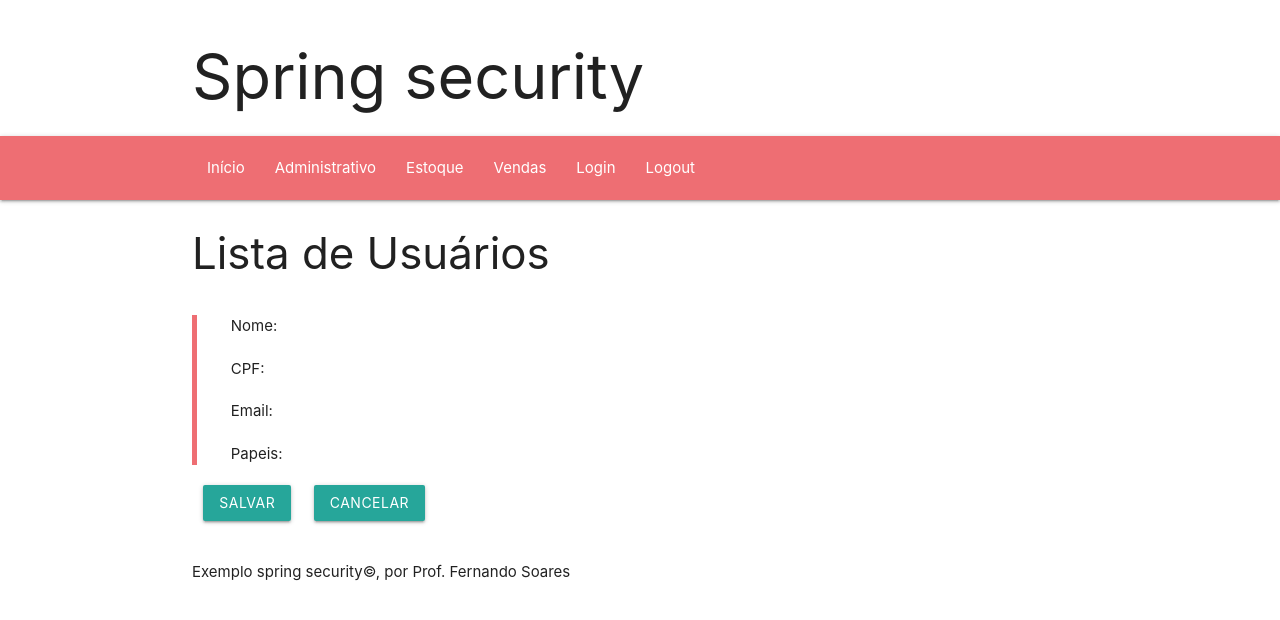
Repository: beatryss16/montz
Page: http://localhost/usuarios/edit
The author's editor kept a copy of each file at every save. The page is drawn from the files as they stood at one save, then again after the next save.
The browser window is 1280 px wide. The pictures show the whole page.
The page is this project's Thymeleaf template; nobody is signed in. The template is opened directly, without the code that normally fills it, so the values that code supplies are empty.

Above is the page before, as saved 2024-12-11 15:23:48.

### exemplo.security6.4.base/src/main/resources/templates/usuarios/edit.html
<!DOCTYPE html>
<html xmlns:th="http://www.thymeleaf.org">

<head>
	<!--Import Google Icon Font-->
	<link href="https://fonts.googleapis.com/icon?family=Material+Icons" rel="stylesheet">
	<!-- Compiled and minified CSS -->
	<link rel="stylesheet" href="https://cdnjs.cloudflare.com/ajax/libs/materialize/1.0.0/css/materialize.min.css"
		media="screen,projection">

	<!--Let browser know website is optimized for mobile-->
	<meta name="viewport" content="width=device-width, initial-scale=1.0" />
	<meta charset="UTF-8">
	<title>Security</title>
</head>

<body>

	<div th:replace="~{fragments/commons :: cabecalho}"></div>
	<div th:replace="~{fragments/commons :: menu}"></div>

	<div class="container">
		<div class="row">
			<h3>Lista de Usuários</h3>
		</div>

		<div class="row">

			<form action="#"
				th:action="@{/usuarios/{id}(id=${usuario.id})}"
				th:object="${usuario}" method="post">
				<input type="hidden" th:field="*{id}">
				<blockquote>
					<div class="row">
						<div class="col s3 m2">Nome:</div>
						<div class="col s9 m10">
							<span th:text="${usuario.nome}"></span>
						</div>
					</div>
					<div class="row">
						<div class="col s3 m2">CPF:</div>
						<div class="col s9 m10">
							<span th:text="${usuario.cpf}"></span>
						</div>
					</div>
					<div class="row">
						<div class="col s3 m2">Email:</div>
						<div class="col s9 m10">
							<span th:text="${usuario.email}"></span>
						</div>
					</div>
					<div class="row">
						<div class="col s3 m2">Papeis:</div>
						<div class="col s9 m10">
							<div th:each="papel : ${papeis}" class="switch">
								<div class="row">
									<label> <input type="checkbox" th:field="*{papeis}"
										th:value="${papel.id}" /> <span class="lever"></span> <span
										th:text="${papel.nome}"></span>
									</label>
								</div>
							</div>
						</div>
					</div>
				</blockquote>
				<div class="row">
					<div class="col">
						<button class="btn" type="submit">Salvar</button>
					</div>
					<div class="col">
						<a class="btn" th:href="@{/usuarios}">Cancelar</a>
					</div>
				</div>
			</form>

		</div>
	</div>
	<!-- Compiled and minified JavaScript -->
	<!-- Compiled and minified JavaScript -->
	<script src="https://code.jquery.com/jquery-3.4.1.min.js"
		integrity="sha256-CSXorXvZcTkaix6Yvo6HppcZGetbYMGWSFlBw8HfCJo=" crossorigin="anonymous"></script>
	<script src="https://cdnjs.cloudflare.com/ajax/libs/materialize/1.0.0/js/materialize.min.js"></script>
	<script type="text/javascript">
		$(document).ready(function () {
			$('.sidenav').sidenav();
		});
		$(document).ready(function () {
			$('select').formSelect();
		});
	</script>

	<div th:replace="~{fragments/commons :: rodape}"></div>
</body>

</html>

### exemplo.security6.4.base/src/main/resources/templates/fragments/commons.html
<!DOCTYPE html>
<html xmlns:th="http://www.thymeleaf.org"
	xmlns:layout="http://www.ultraq.net.nz/thymeleaf/layout"
	xmlns:sec="http://www.thymeleaf.org/thymeleaf-extras-springsecurity6">
<head>
<meta charset="UTF-8">
<title>Security</title>
</head>
<body>

	<div id="cabecalho" class="page-header" th:fragment="cabecalho">
		<header>
			<div class="container">
				<h1>Spring security</h1>
			</div>
		</header>
	</div>

	<div id="menu" th:fragment="menu">
		<nav>
			<div class="container">
				<ul>
					<li><a href="#" th:href="@{/}">Início</a></li>
					<li><a href="#" th:href="@{/administrativo}">Administrativo</a></li>
					<li><a href="#" th:href="@{/estoque}">Estoque</a></li>
					<li><a href="#" th:href="@{/vendas}">Vendas</a></li>
					<li><a href="#" th:href="@{/login}">Login</a></li>
					<li><a href="#" th:href="@{/logout}">Logout</a></li>
				</ul>
			</div>
		</nav>
	</div>


	<div id="rodape" th:fragment="rodape">
		<footer class="bottom">
			<!-- 			<div class="footer-copyright"> -->
			<div class="container">
				<p>Exemplo spring security&copy;, por Prof. Fernando Soares</p>
			</div>
			<!-- 			</div> -->
		</footer>
	</div>

</body>
</html>

After the next save:
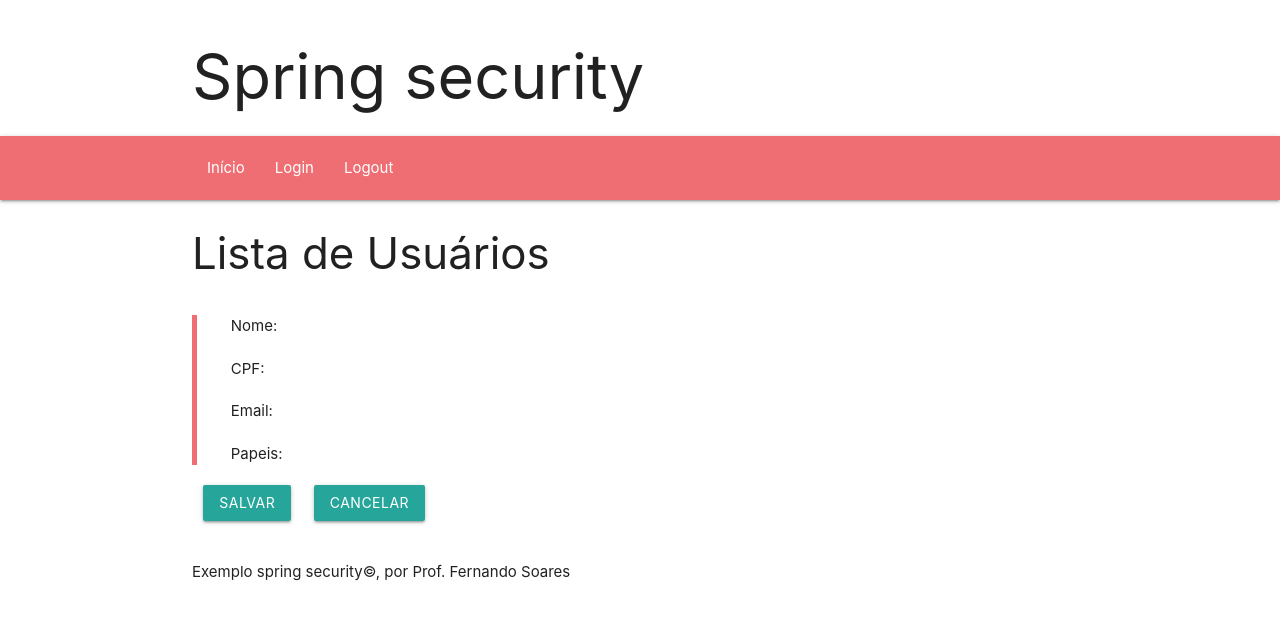
Saved 8 min 32 s later.
--- a/exemplo.security6.4.base/src/main/resources/templates/fragments/commons.html
+++ b/exemplo.security6.4.base/src/main/resources/templates/fragments/commons.html
@@ -21,9 +21,9 @@
 			<div class="container">
 				<ul>
 					<li><a href="#" th:href="@{/}">Início</a></li>
-					<li><a href="#" th:href="@{/administrativo}">Administrativo</a></li>
-					<li><a href="#" th:href="@{/estoque}">Estoque</a></li>
-					<li><a href="#" th:href="@{/vendas}">Vendas</a></li>
+					<li sec:authorize="hasRole('ADMIN')"><a href="#" th:href="@{/administrativo}">Administrativo</a></li>
+					<li sec:authorize="hasRole('ESTOQUE')"><a href="#" th:href="@{/estoque}">Estoque</a></li>
+					<li sec:authorize="hasRole('VENDAS')"><a href="#" th:href="@{/vendas}">Vendas</a></li>
 					<li><a href="#" th:href="@{/login}">Login</a></li>
 					<li><a href="#" th:href="@{/logout}">Logout</a></li>
 				</ul>
